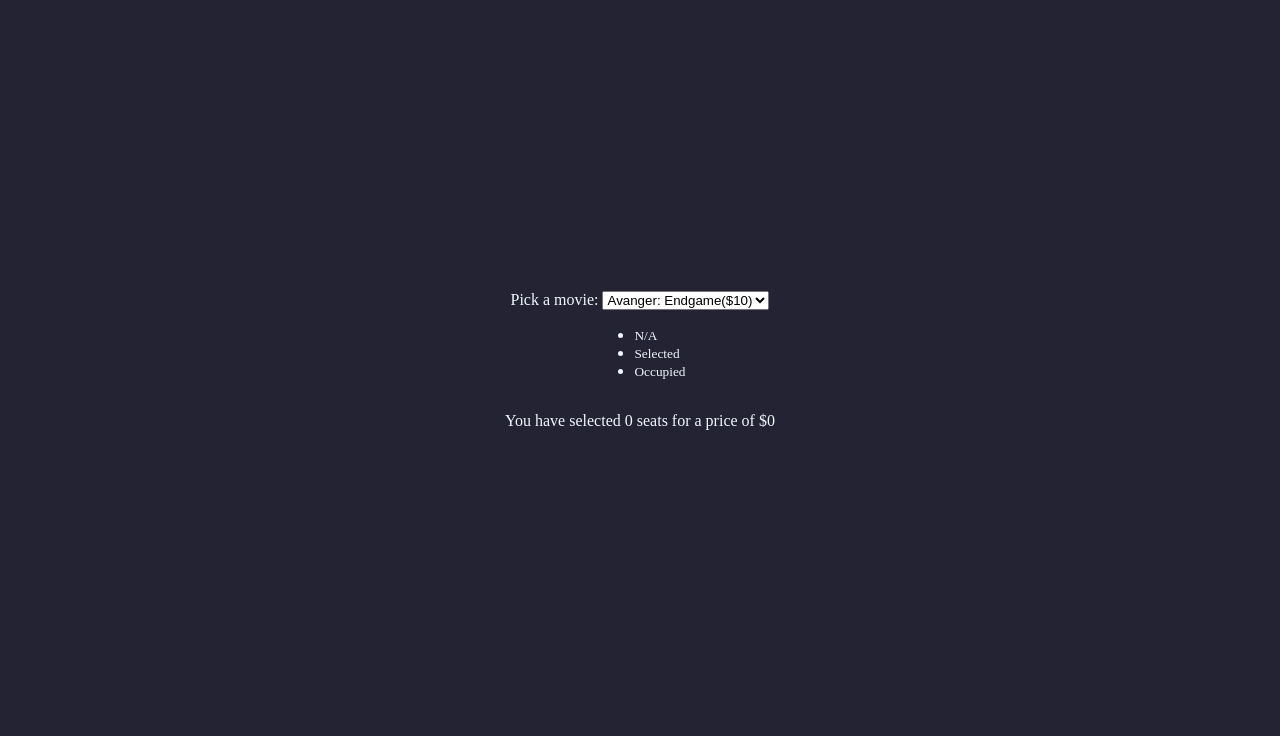
Repository: atko87/Movie-seat-Booking
Page: index.html
An editor plug-in stored every save of this project. The page is shown before and after the next save, followed by the edit.
The browser window is 1280 px wide. The pictures show the whole page.

Above is the page before, as saved 2020-03-08 13:47:58.

After the next save:
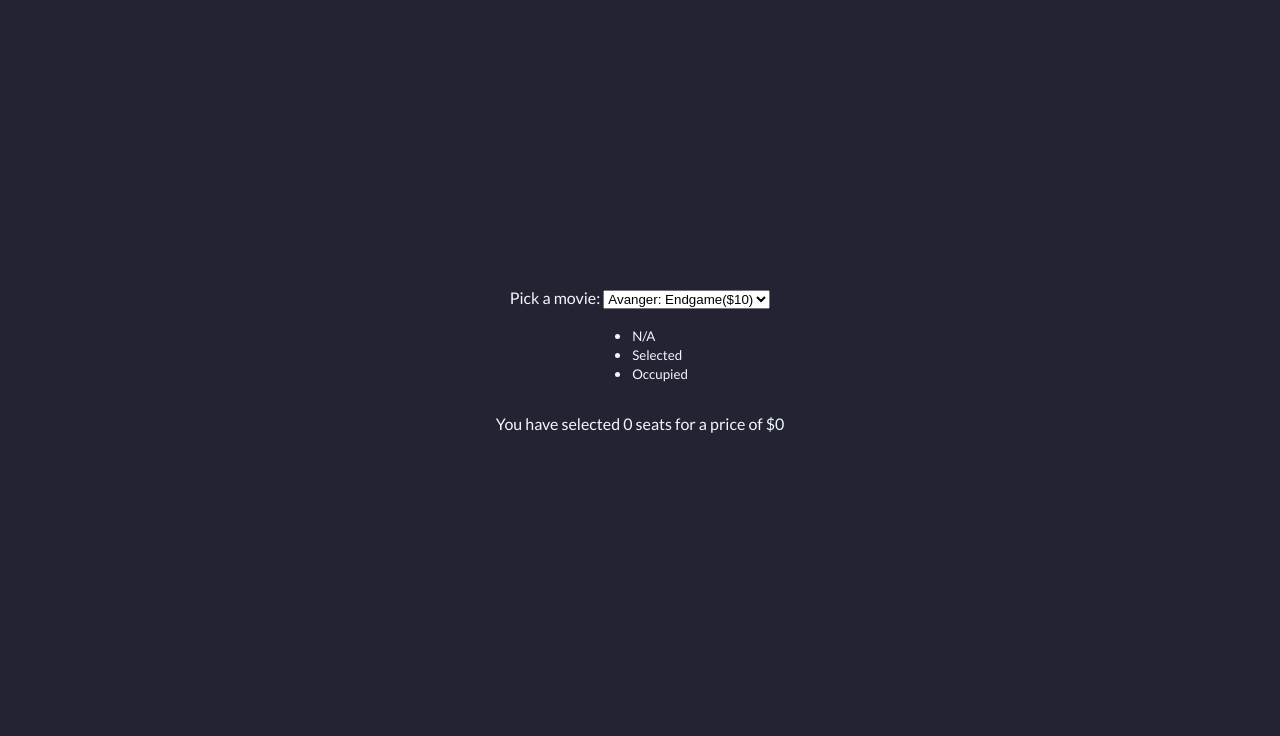
Saved 31 s later.
--- a/style.css
+++ b/style.css
@@ -12,4 +12,5 @@
   align-items: center;
   justify-content: center;
   height: 100vh;
+  font-family: "Lato", sans-serif;
 }
